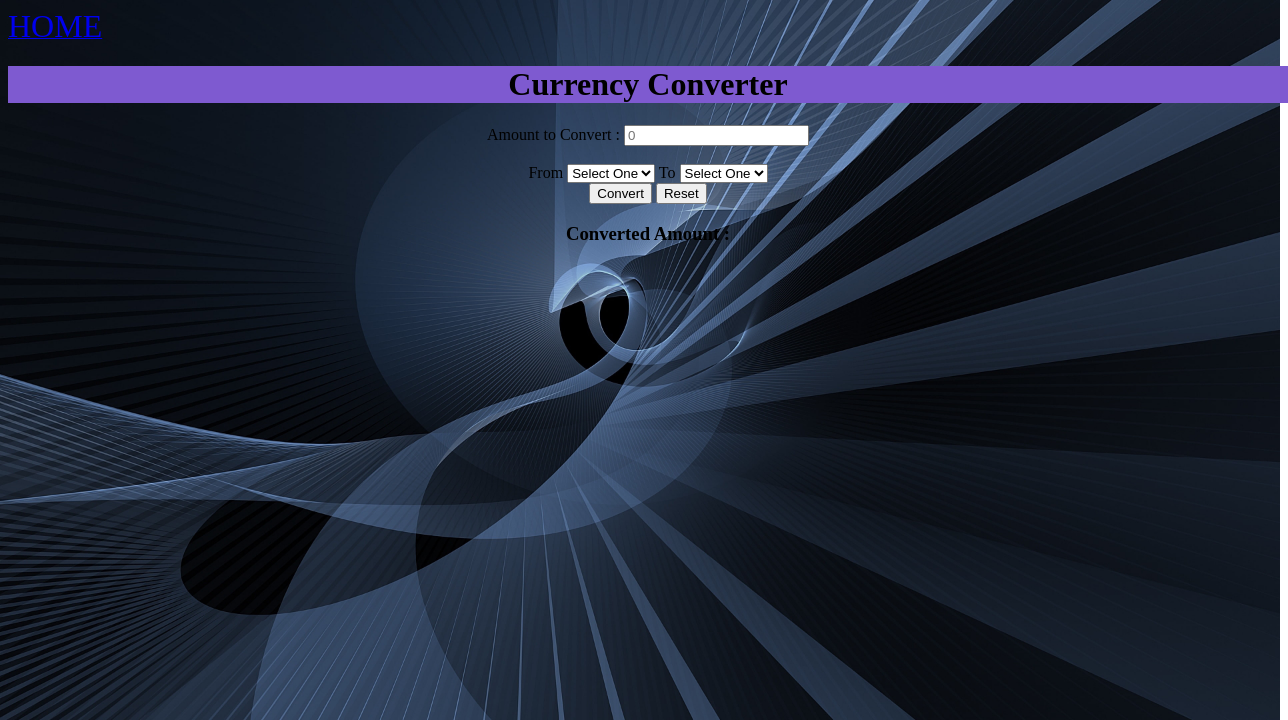
Repository: AJEET006/AdvanceJava-DSA
Page: ADVANCE_JAVA/HW_Example/WebContent/CurrencyConverter.html
An editor plug-in stored every save of this project. The page is shown before and after the next save, followed by the edit.
The browser window is 1280 px wide. The page is 1288 px wide, so the pictures cover 1288 px, including what lies to the right of the window. The pictures show the whole page.

Above is the page before, as saved 2022-06-22 02:54:50.

After the next save:
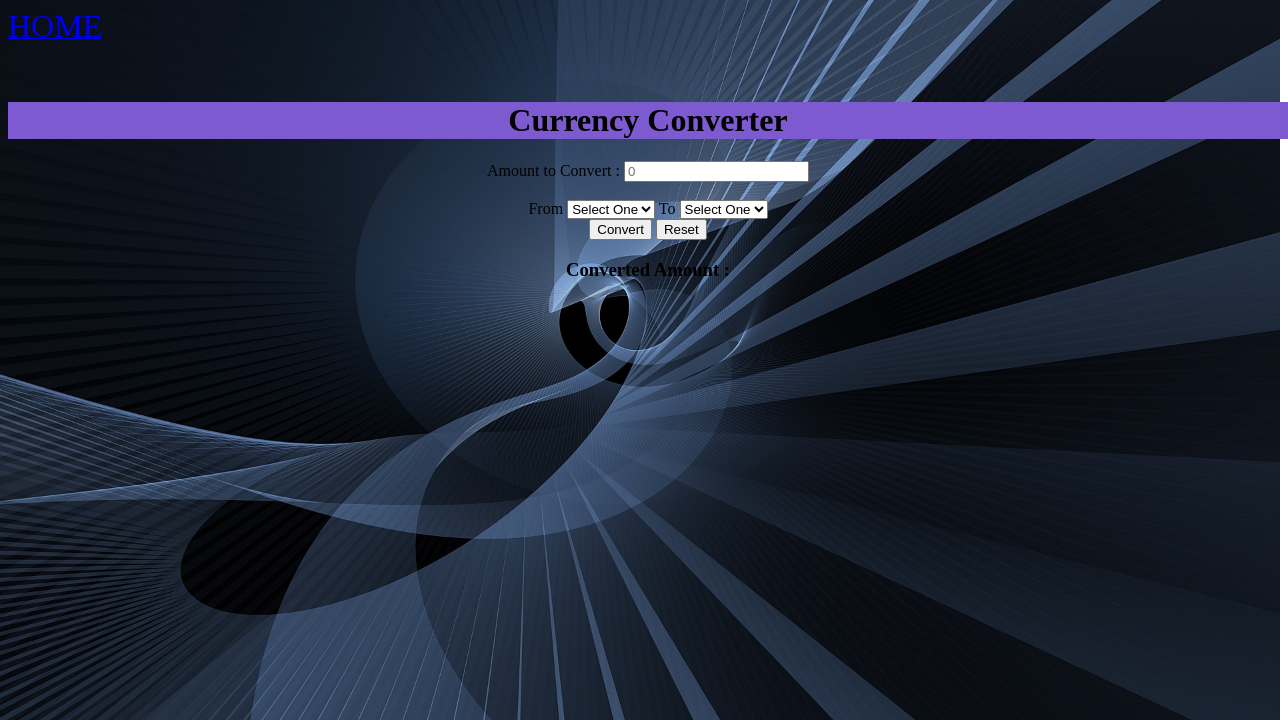
Saved 51 s later.
--- a/ADVANCE_JAVA/HW_Example/WebContent/CurrencyConverter.html
+++ b/ADVANCE_JAVA/HW_Example/WebContent/CurrencyConverter.html
@@ -17,8 +17,8 @@ body {
 	<a href="Firstpage.html"><font size="6"
 		style="border-width: medium;">HOME</font></a>
 	<center>
-	<div
-		style="color: rgba(110, 199, 126, 0.825); border: size 2px; width: fit-content;"></div>
+
+		<br style="color: rgba(110, 199, 126, 0.825); border: size 2px; width: fit-content;"></br>
 		<h1 style="background-color: rgb(126, 90, 208);">Currency
 			Converter</h1>
 		Amount to Convert : <input type="text" placeholder="0"> <br />
